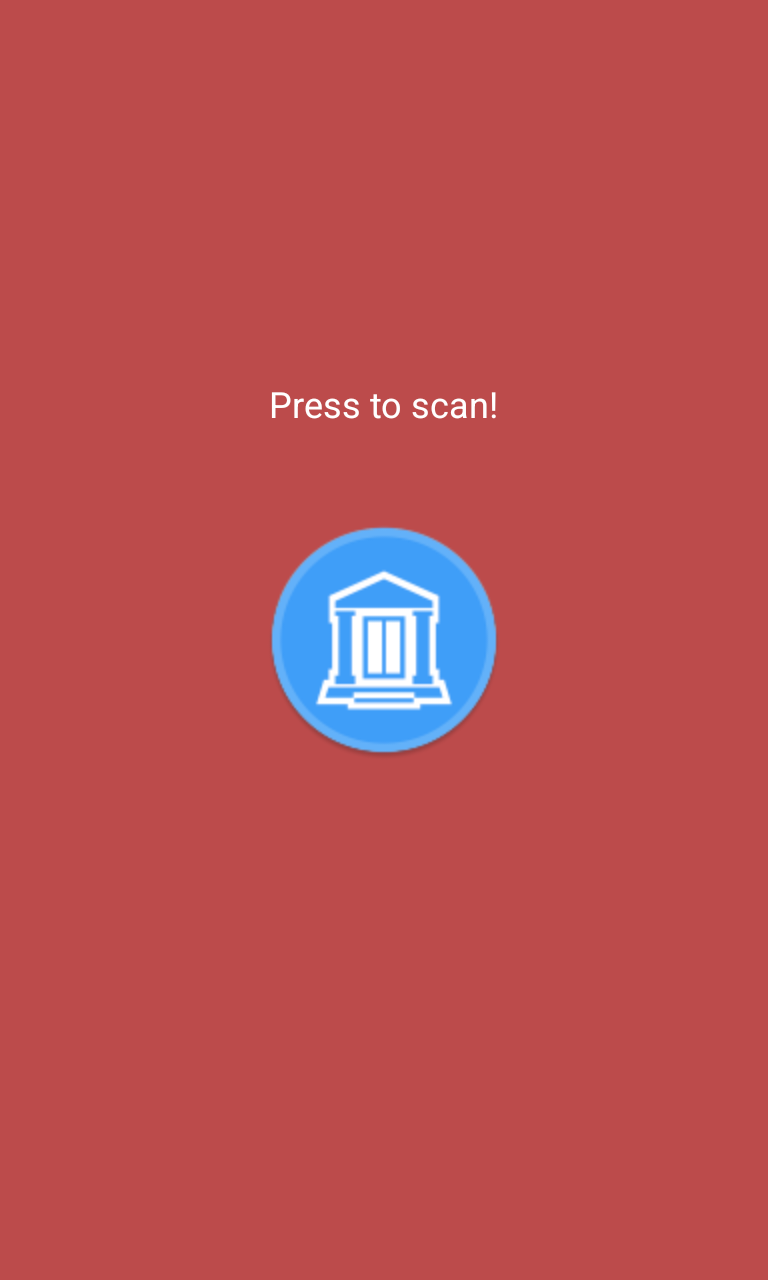
Repository: Kitsopappas/QBIReader
Layout: QBIReader/res/layout/activity_main.xml
An editor plug-in stored every save of this project. The layout is shown before and after the next save, followed by the edit.
It is drawn on a 768 x 1280 px phone screen (xhdpi) without system bars, with theme AppTheme; the app's code is not run.

Above is the layout before, as saved 2015-03-19 14:40:25.

After the next save:
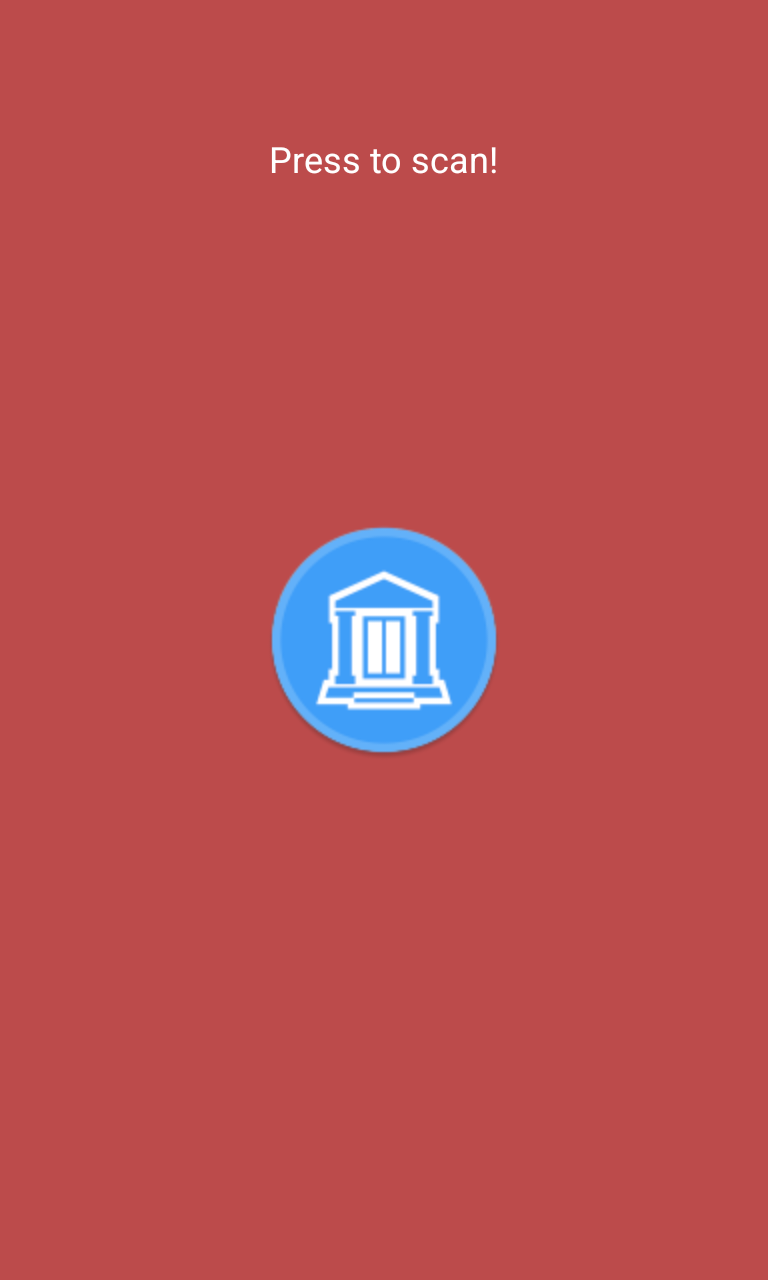
Saved 3 min 51 s later.
--- a/QBIReader/res/layout/activity_main.xml
+++ b/QBIReader/res/layout/activity_main.xml
@@ -9,25 +9,24 @@
     android:paddingTop="@dimen/activity_vertical_margin"
     tools:context="com.qbireader.MainActivity" >
 
+    <TextView
+        android:id="@+id/textView1"
+        android:layout_width="wrap_content"
+        android:layout_height="wrap_content"
+        android:layout_alignParentTop="true"
+        android:layout_centerHorizontal="true"
+        android:layout_marginTop="51dp"
+        android:text="@string/pts"
+        android:textAppearance="?android:attr/textAppearanceMedium"
+        android:textColor="#ffffff" />
+
     <ImageButton
         android:id="@+id/imageButton1"
         android:layout_width="wrap_content"
         android:layout_height="wrap_content"
-        android:contentDescription="@string/pts"
+        android:background="#00000000"
         android:layout_centerHorizontal="true"
         android:layout_centerVertical="true"
-        android:background="#00000000"
         android:src="@drawable/scan" />
 
-    <TextView
-        android:id="@+id/textView1"
-        android:layout_width="wrap_content"
-        android:layout_height="wrap_content"
-        android:layout_above="@+id/imageButton1"
-        android:layout_centerHorizontal="true"
-        android:textColor="#ffffff"
-        android:layout_marginBottom="42dp"
-        android:text="@string/pts"
-        android:textAppearance="?android:attr/textAppearanceMedium" />
-
 </RelativeLayout>
